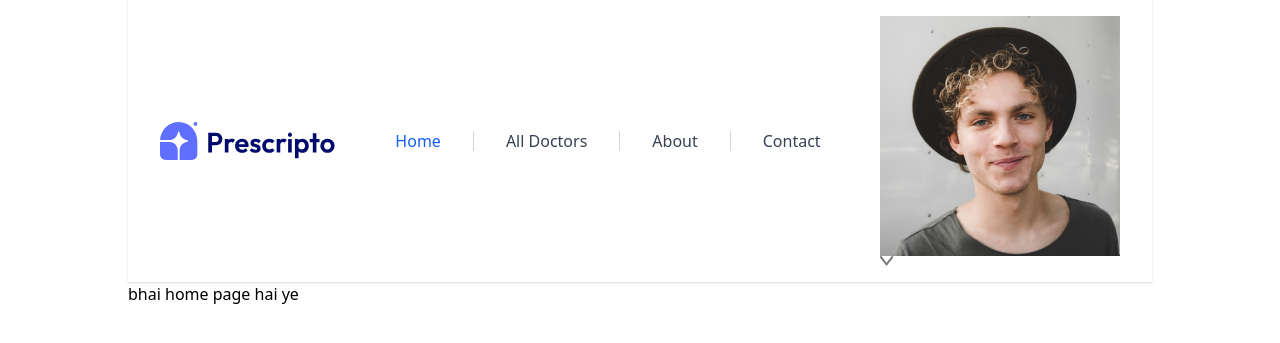
Repository: Pran2535/appointement_booking
Page: / (app in frontend/)
The author's editor kept a copy of each file at every save. The page is drawn from the files as they stood at one save, then again after the next save.
The browser window is 1280 px wide. The pictures show the whole page.
The project was rebuilt for these pictures with package versions that can differ from the ones it lists, and the page was loaded fresh each time. Also part of the build but not shown: frontend/vite.config.js, frontend/src/pages/About.jsx, frontend/src/pages/MyAppointments.jsx, frontend/src/pages/Doctors.jsx, frontend/src/pages/Login.jsx, frontend/src/pages/Contact.jsx, frontend/src/pages/MyProfile.jsx, frontend/src/pages/Appointment.jsx.

Above is the page before, as saved 2025-02-14 21:40:36.

After the next save:
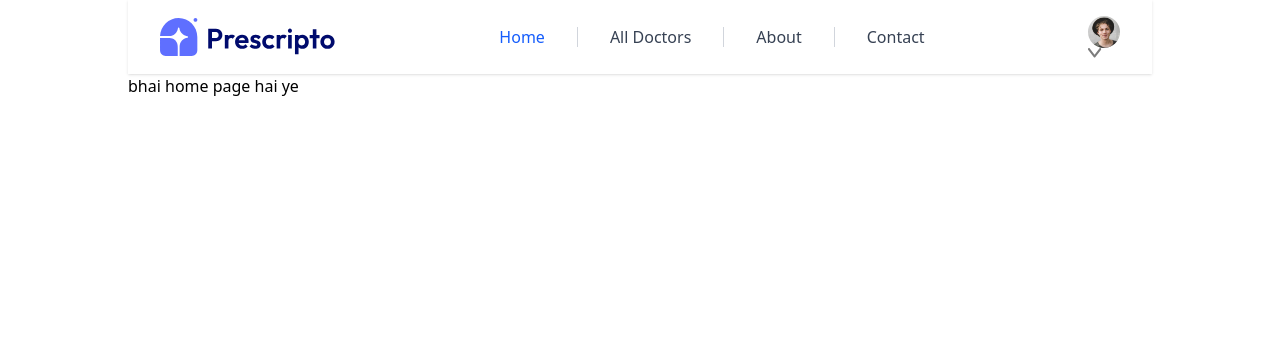
Saved 29 s later.
--- a/frontend/src/components/Navbar.jsx
+++ b/frontend/src/components/Navbar.jsx
@@ -55,7 +55,7 @@ const Navbar = () => {
             {
                 token?
                 <div>
-                    <img src={assets.profile_pic} alt="" />
+                    <img className='w-8 rounded-full' src={assets.profile_pic} alt="" />
                     <img src={assets.dropdown_icon} alt="" />
                 </div>
                 :
